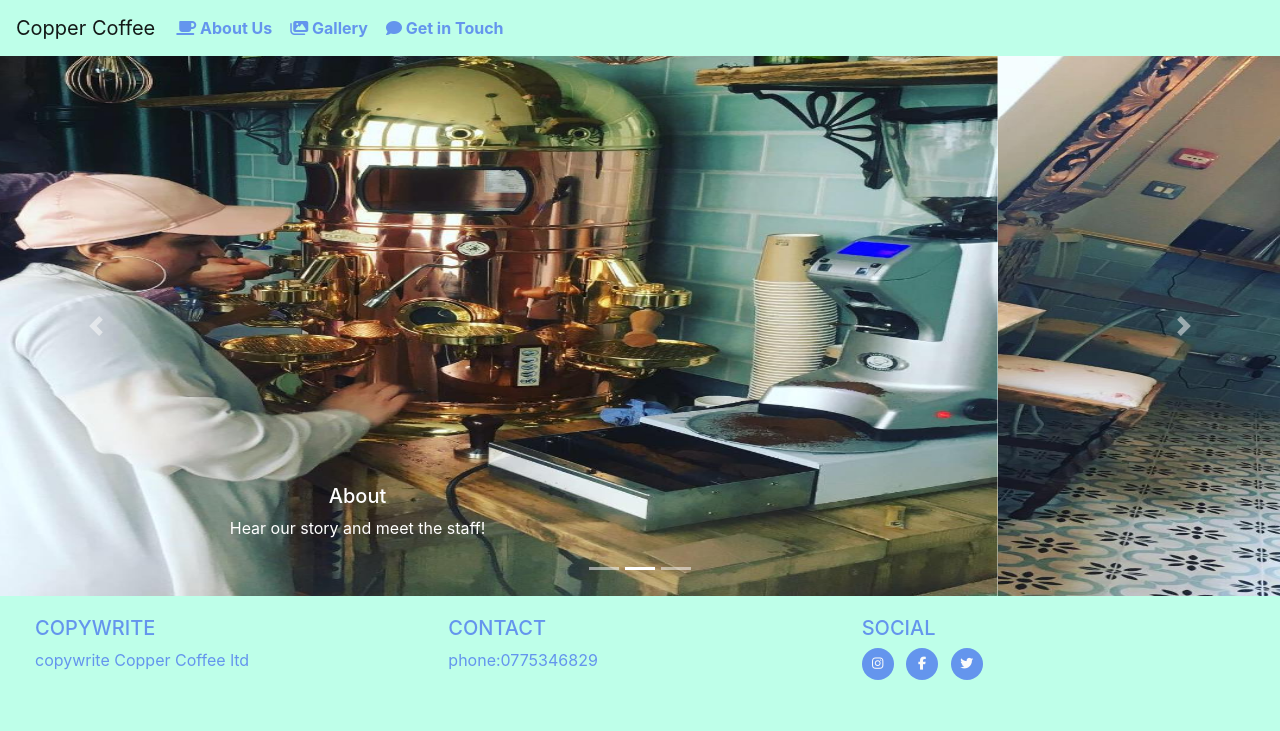
Repository: Matt-F90/milestone
Page: index.html
The author's editor kept a record of every edit. The page is drawn from the files as they stood at one moment, then again after the next edit.
The browser window is 1280 px wide. The pictures show the whole page.
Some web libraries are served in a nearby version.

Above is the page before.
Console error: TypeError: Cannot read properties of undefined (reading 'fn')

### index.html
<!DOCTYPE html>
<html lang="en">

<head>
    <meta charset="UTF-8">
    <meta name="viewport" content="width=device-width, initial-scale=1.0">
    <meta http-equiv="X-UA-Compatible" content="ie=edge">
    <title>Copper Coffee London</title>

    <link rel="stylesheet" href="https://stackpath.bootstrapcdn.com/bootstrap/4.1.3/css/bootstrap.min.css" integrity="sha384-MCw98/SFnGE8fJT3GXwEOngsV7Zt27NXFoaoApmYm81iuXoPkFOJwJ8ERdknLPMO" crossorigin="anonymous">
    <script src="https://stackpath.bootstrapcdn.com/bootstrap/4.1.3/js/bootstrap.min.js" integrity="sha384-ChfqqxuZUCnJSK3+MXmPNIyE6ZbWh2IMqE241rYiqJxyMiZ6OW/JmZQ5stwEULTy" crossorigin="anonymous"></script>
    <script src="https://kit.fontawesome.com/f919e2be21.js" crossorigin="anonymous"></script>
    <link href="https://fonts.googleapis.com/css?family=Noto+Sans:400,700&display=swap" rel="stylesheet">
    <link rel="stylesheet" href="css/style.css" type="text/css" />
</head>

<body>

    <!------------------------------------------------------------------------------------nav--->
    <div class="navbar-container">

        <nav class="navbar navbar-light navbar-expand-sm">
            <a href="index.html" class="navbar-brand">Copper Coffee</a>


            <button class="navbar-toggler ml-auto" type="button" data-toggle="collapse" data-target="#navbarNavDropdown" aria-controls="navbarNavDropdown" aria-expanded="false" aria-lable="toggle navigation">
           <span class="navbar-toggler-icon"></span></button>

            <div class="collapse navbar-collapse" id=navbarNavDropdown>
                <ul class="navbar-nav mr-auto">
                    <li class="nav-item mr-2"><a class "nav-link" href="about.html"><i class="fas fa-coffee"></i> About Us</a></li>
                    <li class="nav-item mr-2"><a class "nav-link" href="gallery.html"><i class="fas fa-images"></i> Gallery</a></li>
                    <li class="nav-item mr-2"><a class "nav-link" href="contact.html"><i class="fas fa-comment"></i> Get in Touch</a></li>
                </ul>
            </div>
        </nav>
    </div>

    <!---------------------------------------------------------------------------------------------div--->

    <div id="carouselExampleIndicators" class="carousel slide" data-ride="carousel">
        <ol class="carousel-indicators">
            <li data-target="#carouselExampleIndicators" data-slide-to="0" class="active"></li>
            <li data-target="#carouselExampleIndicators" data-slide-to="1"></li>
            <li data-target="#carouselExampleIndicators" data-slide-to="2"></li>
        </ol>
        <div class="carousel-inner">
            <div class="carousel-item active">
                <img class="imgheight d-block w-100" src="./assets/images/about.jpg" alt="First slide">
                <div class="carousel-caption">
                    <h5>About</h5>
                    <p>Hear our story and meet the staff!</p>
                </div>
            </div>
            <div class="carousel-item">
                <img class="imgheight d-block w-100" src="./assets/images/gallery.jpg" alt="Second slide">
                <div class="carousel-caption">
                    <h5>Gallery</h5>
                    <p>Check out our beautiful London store!</p>
                </div>
            </div>
            <div class="carousel-item">
                <img class="imgheight d-block w-100" src="./assets/images/contact.jpg" alt="Third slide">
                <div class="carousel-caption">
                    <h5>Contact</h5>
                    <p>Get in touch and share your ideas!</p>
                </div>
            </div>
        </div>
        <a class="carousel-control-prev" href="#carouselExampleIndicators" role="button" data-slide="prev">
    <span class="carousel-control-prev-icon" aria-hidden="true"></span>
    <span class="sr-only">Previous</span>
  </a>
        <a class="carousel-control-next" href="#carouselExampleIndicators" role="button" data-slide="next">
    <span class="carousel-control-next-icon" aria-hidden="true"></span>
    <span class="sr-only">Next</span>
  </a>
    </div>

    <!----------------------------------------------------------------footer------------>

    <footer class="container-fluid">
        <div id="footer-details" class="row">
            <div class="col-sm-4">
                <h5 class="gernal-sub uppercase">copywrite</h5>
                <p class="inline-block">
                    copywrite Copper Coffee ltd
                </p>
            </div>
            <div class="col-sm-4">
                <h5 class="gernal-sub uppercase">contact</h5>
                <p class="inline-block">
                    phone:0775346829
                </p>
            </div>
            <div class="col-sm-4">
                <h5 class="gernal-sub uppercase">social</h5>
                <ul class="list-inline social-links">
                    <li class="list-inline-item">
                        <a target="_blank" href="#">
                        <i class="fab fa-instagram" aria-hidden="true"></i></a>
                        <span class="sr-only">instagram</span>
                    </li>
                    <li class="list-inline-item">
                        <a target="_blank" href="#">
                        <i class="fab fa-facebook-f" aria-hidden="true"></i></a>
                        <span class="sr-only">facebook</span>
                    </li>
                    <li class="list-inline-item">
                        <a target="_blank" href="#">
                        <i class="fab fa-twitter" aria-hidden="true"></i></a>
                        <span class="sr-only">twitter</span>
                    </li>
                </ul>
            </div>
        </div>

    </footer>

    <script src="https://code.jquery.com/jquery-3.3.1.slim.min.js" integrity="sha384-q8i/X+965DzO0rT7abK41JStQIAqVgRVzpbzo5smXKp4YfRvH+8abtTE1Pi6jizo" crossorigin="anonymous"></script>
    <script src="https://cdnjs.cloudflare.com/ajax/libs/popper.js/1.14.3/umd/popper.min.js" integrity="sha384-ZMP7rVo3mIykV+2+9J3UJ46jBk0WLaUAdn689aCwoqbBJiSnjAK/l8WvCWPIPm49" crossorigin="anonymous"></script>
    <script src="https://stackpath.bootstrapcdn.com/bootstrap/4.1.3/js/bootstrap.min.js" integrity="sha384-ChfqqxuZUCnJSK3+MXmPNIyE6ZbWh2IMqE241rYiqJxyMiZ6OW/JmZQ5stwEULTy" crossorigin="anonymous"></script>
</body>

</html>

### css/style.css
/*----navbar....*/

.navbar-contaner {
    position: absolute;
    top: 0;
    left: 0;
    padding-left: 0;
    padding-right: 0;
}

.navbar {
    margin-bottom: 0;
    border: 0;
    width: 100%;
    background-color: rgba(127, 255, 212, 0.5);
}

.navbar .navbar-toggler {
    border: 0;
}

.navbar .navbar-nav a {
    font-weight: 700;
    color: #6495ED;
    padding: 5px;
}

.navbar .navbar-nav a:hover {
    color: rgb(0, 0, 255);
    transition: 1s
}

/*----index....*/

.imgheight {
   height: 540px;
   width: 540px;
}

/*----special padding, margins text....*/

h1,
h2,
h3,
h4 {
    margin: 0;
}

.uppercase {
    text-transform: uppercase;
}

.general-sub {
    font-family: 'Noto Sans', sans-serif;
    font-weight: 300;
    color: black;
    padding: 10px;
    text-align: center;
}

.inline-block {
    display: inline-block;
}

/*----footer....*/

footer {
    background-color: rgba(127, 255, 212, 0.5);
    color: #6495ED;
    min-height: 120px;
    margin: 0;
    width: 100%
}

.social-links {
    padding-bottom: 15px;
}

.social-links li a i {
    width: 32px;
    height: 32px;
    padding: 12px 0;
    border-radius: 50%;
    font-size: 13px;
    line-height: 7px;
    text-align: center;
    color: #fafafa;
    background-color: #6495ED;
    -moz-transition: all 0.35s ease-in-out;
    -webkit-transition: all 0.35s ease-in-out;
    -o-transition: all 0.35s ease-in-out;
}

.social-links li a i:hover {
    width: 32px;
    height: 32px;
    padding: 12px 0;
    border-radius: 50%;
    font-size: 13px;
    line-height: 7px;
    text-align: center;
    color: #fafafa;
    background-color: rgb(0, 0, 255);
    -moz-transition: all 0.35s ease-in-out;
    -webkit-transition: all 0.35s ease-in-out;
    -o-transition: all 0.35s ease-in-out;
}

#footer-details {
    padding: 20px;
}

/*----contact/form....*/


.center-form {
    padding-top: 10px;
    margin: 0 auto;
    max-width: 70%;
}

button[type="submit"] {
    margin-top: 15px;
    margin-bottom: 20px;
    color: #fafafa;
}

iframe {
    width: 100% !important;
    padding-bottom: 10px;
}

.opening-times {
    position: center;
    text-align: center
}

After the next edit:
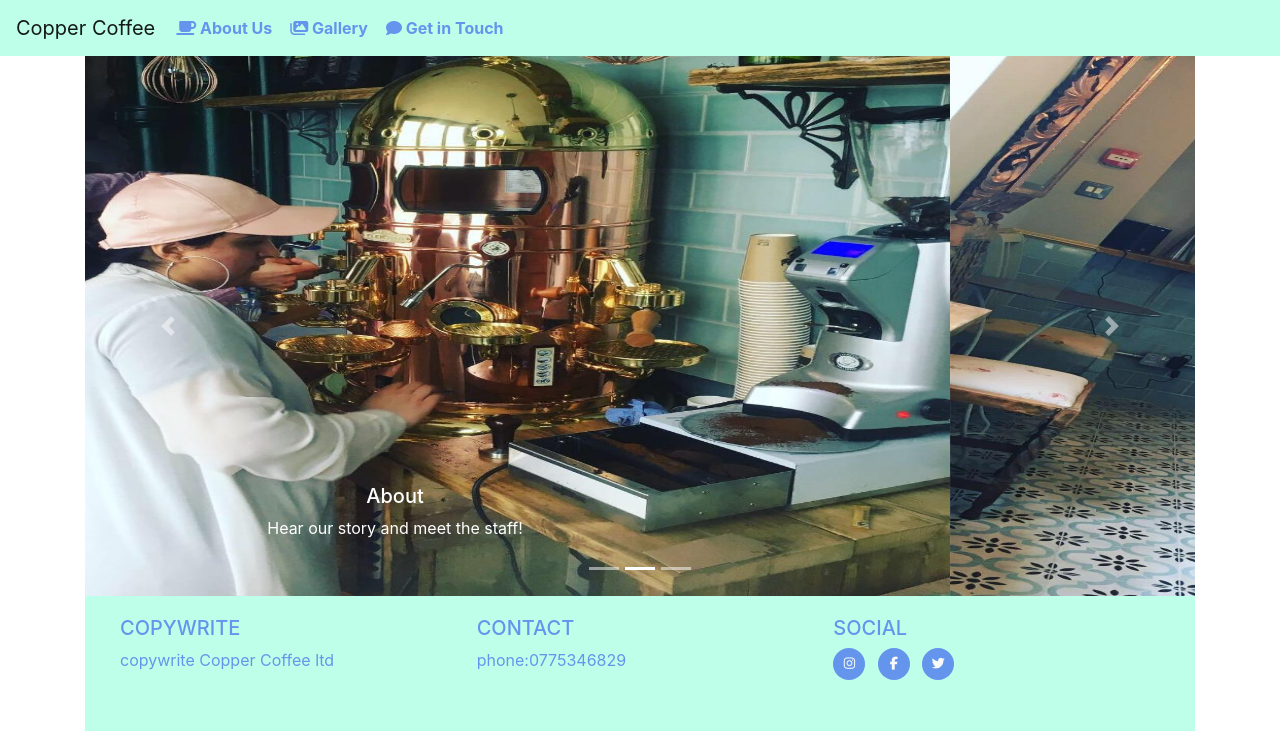
The edit:
--- a/index.html
+++ b/index.html
@@ -37,8 +37,9 @@
     </div>
 
     <!---------------------------------------------------------------------------------------------div--->
+<div class="container container-fluid">
 
-    <div id="carouselExampleIndicators" class="carousel slide" data-ride="carousel">
+        <div id="carouselExampleIndicators" class="carousel slide" data-ride="carousel">
         <ol class="carousel-indicators">
             <li data-target="#carouselExampleIndicators" data-slide-to="0" class="active"></li>
             <li data-target="#carouselExampleIndicators" data-slide-to="1"></li>
